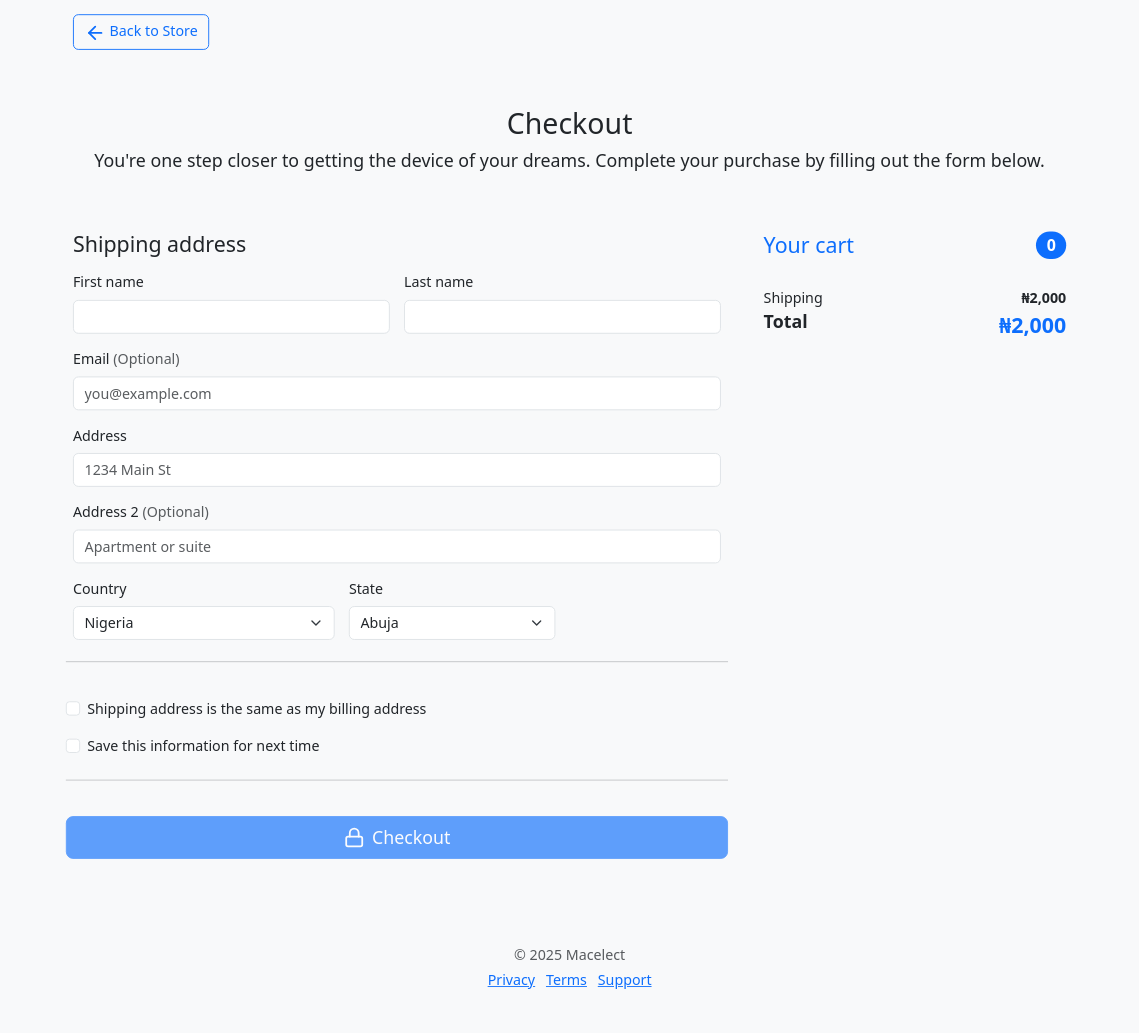
Repository: Davidobi21/macelect
Page: frontend/pages/checkout.html
The author's editor kept a copy of each file at every save. The page is drawn from the files as they stood at one save, then again after the next save.
The browser window is 1280 px wide. The pictures show the whole page, at 89% of full size.

Above is the page before, as saved 2025-04-30 07:45:23.

### frontend/pages/checkout.html
<!DOCTYPE html>
<html lang="en">
<head>
  <meta charset="UTF-8">
  <meta name="viewport" content="width=device-width, initial-scale=1.0">
  <title>Checkout</title>
  <script src="https://cdn.jsdelivr.net/npm/lucide@latest/dist/umd/lucide.min.js"></script>
  <script src="./js/checkout.js" defer></script>
  <link href="https://cdn.jsdelivr.net/npm/bootstrap@5.3.0-alpha1/dist/css/bootstrap.min.css" rel="stylesheet">
</head>
<body class="bg-light">
  <div class="container">
    <!-- Back Button -->
    <div class="py-3">
      <a href="../pages/products.html" class="btn btn-outline-primary align-items-center gap-2">
        <i data-lucide="arrow-left"></i> Back to Store
      </a>
    </div>

    <main>
      <div class="py-5 text-center">
        <h2>Checkout</h2>
        <p class="lead">You're one step closer to getting the device of your dreams. Complete your purchase by filling out the form below.</p>
      </div>

      <div class="row g-5">
        <!-- Cart Summary -->
        <div class="col-md-5 col-lg-4 order-md-last">
          <h4 class="d-flex justify-content-between align-items-center mb-3">
            <span class="text-primary">Your cart</span>
            <span class="badge bg-primary rounded-pill cart-count">0</span>
          </h4>
          <ul class="list-group mb-3" id="cart-summary">
            <!-- Cart items will be dynamically populated here -->
          </ul>
          <li class="list-group-item d-flex justify-content-between">
            <span>Shipping</span>
            <strong id="shipping-cost">₦0</strong>
          </li>
          <li class="list-group-item d-flex justify-content-between">
            <span class="fs-5 fw-bold">Total</span>
            <strong id="cart-total" class="fs-4 fw-bold text-primary">₦0</strong>
          </li>
        </div>

        <!-- Billing Form -->
        <div class="col-md-7 col-lg-8">
          <h4 class="mb-3">Shipping address</h4>
          <form>
            <div class="row g-3">
              <div class="col-sm-6">
                <label for="firstName" class="form-label">First name</label>
                <input type="text" class="form-control" id="firstName" placeholder="" value="" required>
              </div>

              <div class="col-sm-6">
                <label for="lastName" class="form-label">Last name</label>
                <input type="text" class="form-control" id="lastName" placeholder="" value="" required>
              </div>

              <div class="col-12">
                <label for="email" class="form-label">Email <span class="text-muted">(Optional)</span></label>
                <input type="email" class="form-control" id="email" placeholder="you@example.com">
              </div>

              <div class="col-12">
                <label for="address" class="form-label">Address</label>
                <input type="text" class="form-control" id="address" placeholder="1234 Main St" required>
              </div>

              <div class="col-12">
                <label for="address2" class="form-label">Address 2 <span class="text-muted">(Optional)</span></label>
                <input type="text" class="form-control" id="address2" placeholder="Apartment or suite">
              </div>

              <div class="col-md-5">
                <label for="country" class="form-label">Country</label>
                <select class="form-select" id="country" required>
                  <option value="Nigeria" selected>Nigeria</option>
                </select>
              </div>

              <div class="col-md-4">
                <label for="state" class="form-label">State</label>
                <select class="form-select" id="state" required>
                  <option value="Abuja">Abuja</option>
                  <option value="Nasarawa">Nasarawa</option>
                  <option value="Kogi">Kogi</option>
                  <option value="Kaduna">Kaduna</option>
                  <option value="Niger">Niger</option>
                  <option value="Benue">Benue</option>
                  <option value="Kwara">Kwara</option>
                  <option value="Plateau">Plateau</option>
                  <option value="Taraba">Taraba</option>
                  <option value="Lagos">Lagos</option>
                  <option value="Oyo">Oyo</option>
                  <option value="Ondo">Ondo</option>
                  <option value="Edo">Edo</option>
                  <option value="Delta">Delta</option>
                  <option value="Anambra">Anambra</option>
                  <option value="Enugu">Enugu</option>
                  <option value="Imo">Imo</option>
                  <option value="Rivers">Rivers</option>
                  <option value="Akwa Ibom">Akwa Ibom</option>
                  <option value="Bayelsa">Bayelsa</option>
                  <option value="Borno">Borno</option>
                  <option value="Yobe">Yobe</option>
                  <option value="Zamfara">Zamfara</option>
                  <option value="Sokoto">Sokoto</option>
                  <option value="Kebbi">Kebbi</option>
                  <option value="Kano">Kano</option>
                  <option value="Jigawa">Jigawa</option>
                  <option value="Gombe">Gombe</option>
                  <option value="Bauchi">Bauchi</option>
                  <option value="Ekiti">Ekiti</option>
                  <option value="Osun">Osun</option>
                  <option value="Ebonyi">Ebonyi</option>
                  <option value="Abia">Abia</option>
                  <option value="Cross River">Cross River</option>
                </select>
              </div>


            <hr class="my-4">

            <div class="form-check">
              <input type="checkbox" class="form-check-input" id="same-address">
              <label class="form-check-label" for="same-address">Shipping address is the same as my billing address</label>
            </div>

            <div class="form-check">
              <input type="checkbox" class="form-check-input" id="save-info">
              <label class="form-check-label" for="save-info">Save this information for next time</label>
            </div>

            <hr class="my-4">

            <button id="checkoutButton" class="w-100 btn btn-primary btn-lg d-flex align-items-center justify-content-center gap-2" type="submit" disabled>
              <i id="padlockIcon" data-lucide="lock"></i> Checkout
            </button>
          </form>
        </div>
      </div>
    </main>

    <footer class="my-5 pt-5 text-muted text-center text-small">
      <p class="mb-1">© 2025 Macelect</p>
      <ul class="list-inline">
        <li class="list-inline-item"><a href="../pages/fqa.html">Privacy</a></li>
        <li class="list-inline-item"><a href="../pages/fqa.html">Terms</a></li>
        <li class="list-inline-item"><a href="../pages/fqa.html">Support</a></li>
      </ul>
    </footer>
  </div>
  <script src="https://cdn.jsdelivr.net/npm/bootstrap@5.3.0-alpha1/dist/js/bootstrap.bundle.min.js"></script>
</body>
</html>

### frontend/pages/js/checkout.js
document.addEventListener("DOMContentLoaded", () => {
  lucide.createIcons(); // Initialize Lucide icons

  const cartSummary = document.getElementById("cart-summary");
  const cartTotal = document.getElementById("cart-total");
  const shippingCostElement = document.getElementById("shipping-cost");
  const cartCount = document.querySelector(".cart-count");
  const countrySelect = document.getElementById("country");
  const stateSelect = document.getElementById("state");
  const checkoutButton = document.getElementById("checkoutButton");
  const padlockIcon = document.getElementById("padlockIcon");
  const formInputs = document.querySelectorAll("#firstName, #lastName, #email, #address, #country, #state, #zip");

  const cart = JSON.parse(localStorage.getItem("cart")) || [];
  let total = 0;

  function calculateShippingCost(country, state) {
    if (country !== "Nigeria") return 0;

    const distanceTiers = {
      // Distance Level 0 (Abuja)
      "Abuja": 0,

      // Distance Level 1 (nearby states)
      "Nasarawa": 1,
      "Kogi": 1,
      "Kaduna": 1,
      "Niger": 1,

      // Distance Level 2
      "Benue": 2,
      "Kwara": 2,
      "Plateau": 2,
      "Taraba": 2,

      // Distance Level 3
      "Lagos": 3,
      "Oyo": 3,
      "Ondo": 3,
      "Edo": 3,
      "Delta": 3,

      // Distance Level 4 (farther states)
      "Anambra": 4,
      "Enugu": 4,
      "Imo": 4,
      "Rivers": 4,
      "Akwa Ibom": 4,
      "Bayelsa": 4,
      "Borno": 4,
      "Yobe": 4,
      "Zamfara": 4,
      "Sokoto": 4,
      "Kebbi": 4,
      "Kano": 4,
      "Jigawa": 4,
      "Gombe": 4,
      "Bauchi": 4,
      "Ekiti": 4,
      "Osun": 4,
      "Ebonyi": 4,
      "Abia": 4,
      "Cross River": 4,

      // Default tier if not listed
      "Others": 3
    };

    const tier = distanceTiers[state] !== undefined ? distanceTiers[state] : distanceTiers["Others"];
    return 2000 * (tier + 1); // base = ₦2000, so tier 0 = ₦2000, tier 1 = ₦4000, etc.
  }


  function updateCartSummary() {
    cartSummary.innerHTML = ""; // Clear existing content
    total = 0;

    cart.forEach(item => {
      const itemTotal = item.price * item.quantity;
      total += itemTotal;

      const listItem = document.createElement("li");
      listItem.className = "list-group-item d-flex justify-content-between lh-sm";
      listItem.innerHTML = `
        <div>
          <h6 class="my-0">${item.name}</h6>
          <small class="text-muted">Quantity: ${item.quantity}</small>
        </div>
        <span class="text-muted">₦${itemTotal.toLocaleString()}</span>
      `;
      cartSummary.appendChild(listItem);
    });

    const country = countrySelect.value;
    const state = stateSelect.value;
    const shippingCost = calculateShippingCost(country, state);

    shippingCostElement.textContent = `₦${shippingCost.toLocaleString()}`;
    cartTotal.textContent = `₦${(total + shippingCost).toLocaleString()}`;
    cartCount.textContent = cart.reduce((count, item) => count + item.quantity, 0);

    validateCheckoutButton(); // Check if the button should be enabled
  }

  function validateCheckoutButton() {
    const isFormValid = Array.from(formInputs).every(input => input.value.trim() !== "");
    const isCartNotEmpty = cart.length > 0;

    if (isFormValid && isCartNotEmpty) {
      checkoutButton.disabled = false;
      padlockIcon.style.display = "none"; // Hide padlock when valid
    } else {
      checkoutButton.disabled = true;
      padlockIcon.style.display = "inline-block"; // Show padlock
      padlockIcon.setAttribute("data-lucide", "lock");
    }

    lucide.createIcons(); // Refresh Lucide icons
  }

  formInputs.forEach(input => {
    input.addEventListener("input", validateCheckoutButton);
  });

  countrySelect.addEventListener("change", updateCartSummary);
  stateSelect.addEventListener("change", updateCartSummary);

  updateCartSummary(); // Initial update
});

After the next save:
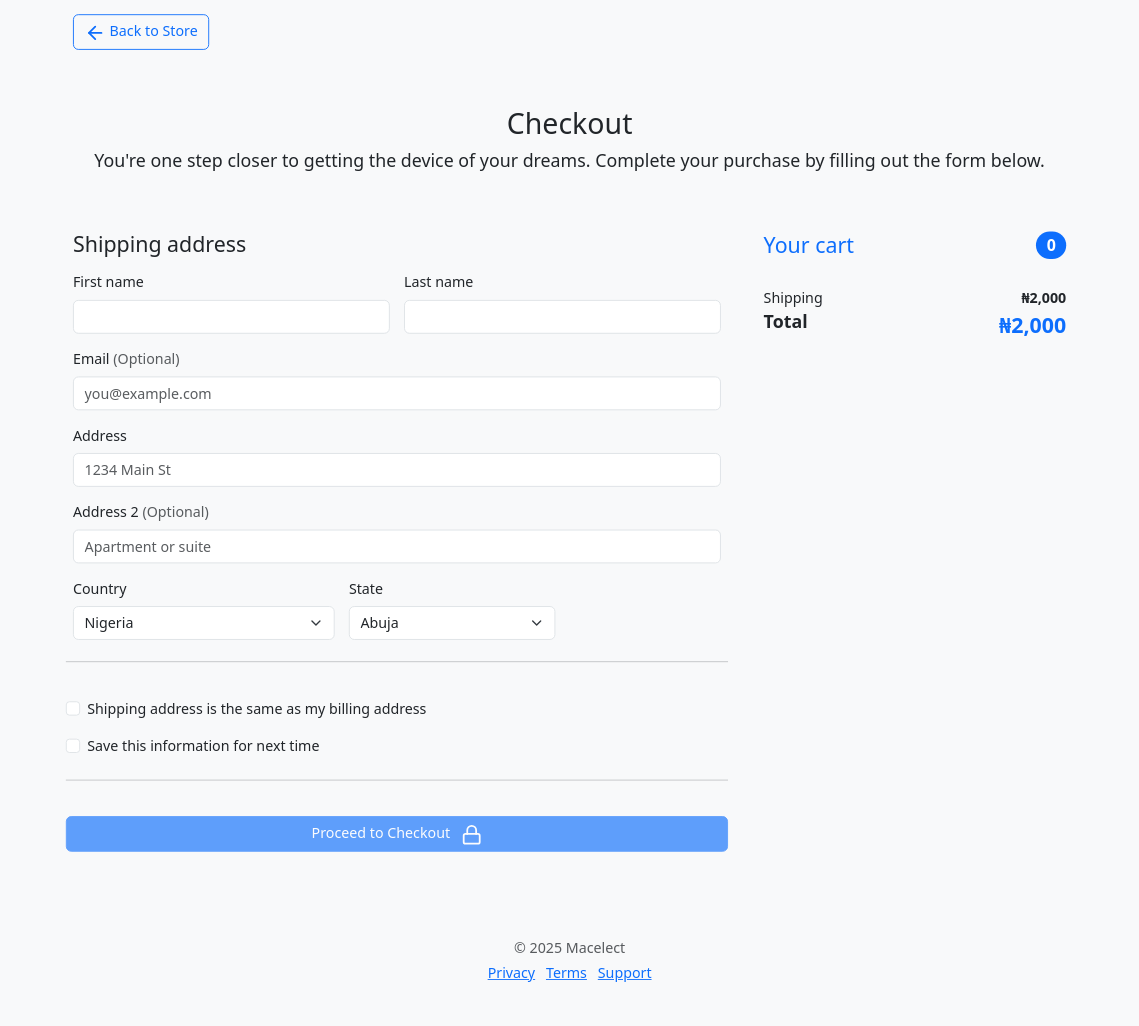
Saved 2 min 18 s later.
--- a/frontend/pages/checkout.html
+++ b/frontend/pages/checkout.html
@@ -135,9 +135,12 @@
 
             <hr class="my-4">
 
-            <button id="checkoutButton" class="w-100 btn btn-primary btn-lg d-flex align-items-center justify-content-center gap-2" type="submit" disabled>
-              <i id="padlockIcon" data-lucide="lock"></i> Checkout
-            </button>
+            <button class="btn btn-primary w-100" id="checkoutButton" disabled>
+                Proceed to Checkout
+                <span id="padlockWrapper" class="ms-2">
+                  <i id="padlockIcon" data-lucide="lock"></i>
+                </span>
+              </button>
           </form>
         </div>
       </div>
